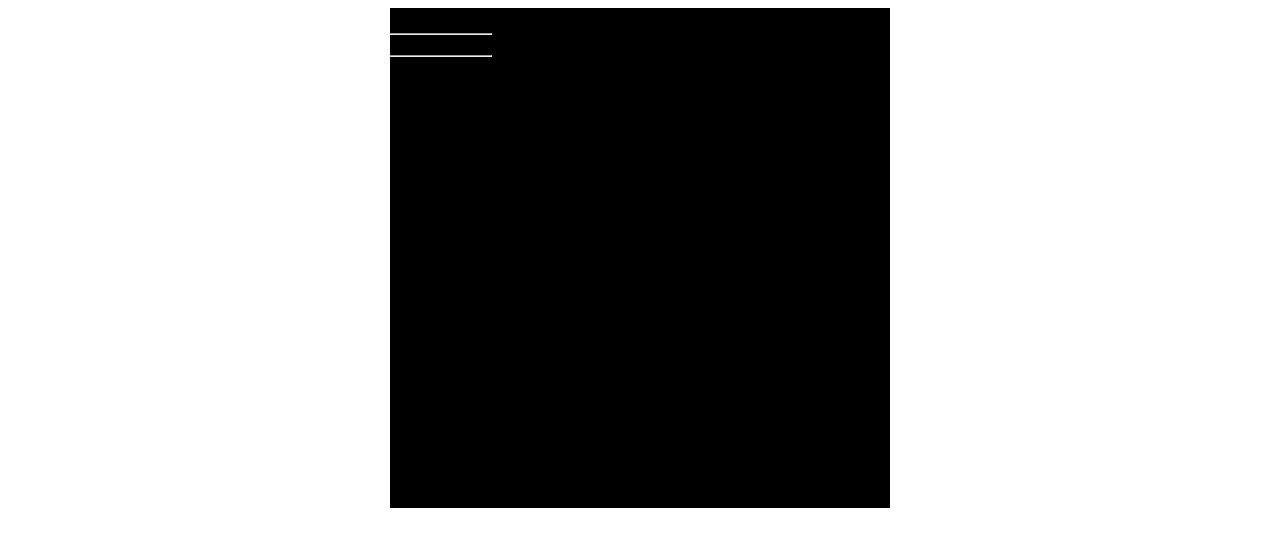
Repository: batonAnton/Hw-Lec10-animation
Page: index.html
These files come from the project's save history. The page is drawn as it stood at one moment and after the next save; the edit follows.
The browser window is 1280 px wide. The pictures show the whole page.

Above is the page before, as saved 2022-07-15 13:01:55.

After the next save:
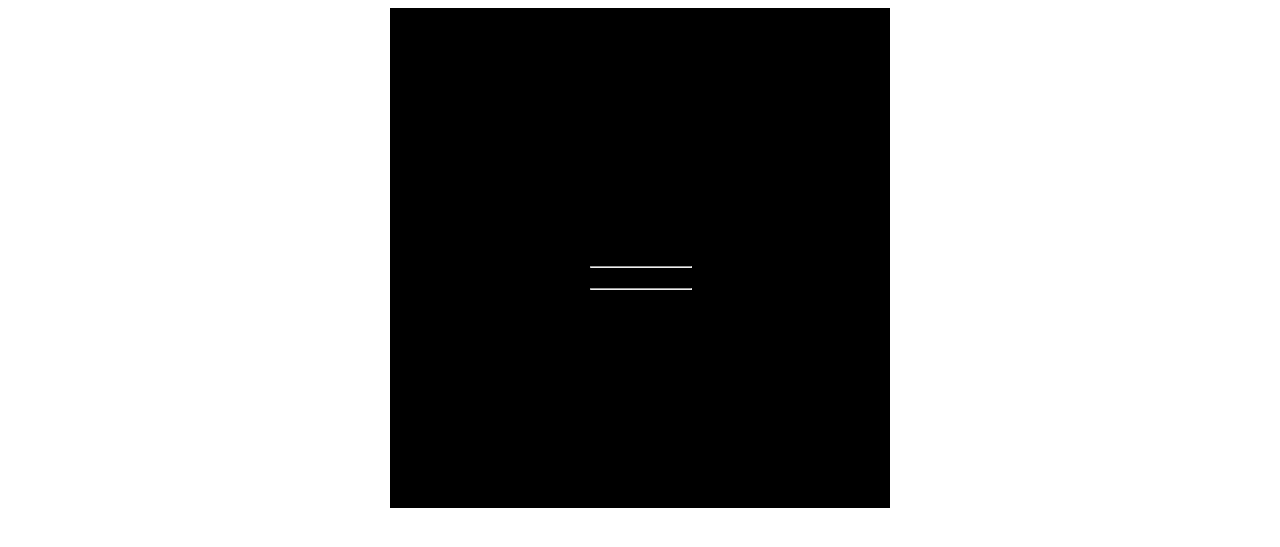
Saved 51 s later.
--- a/css/style.css
+++ b/css/style.css
@@ -6,23 +6,22 @@
     background-color: black;
     width: 500px;
     height: 500px;
+    display:flex;
+    justify-content: center;
 }
 
 .cross-line{
-    width: 50px;
-    height: 50px;
+    width: 100px;
+    height: 100px;
+    margin-top: 50%;
 }
 
 hr{
     background-color: #fff;
     width: 100px;
-    display: flex;
-    justify-content: flex-end;
-    align-items: center;
 }
 
 .first-line{
-    margin-top: 50%;
     margin-bottom: 20px;
     animation-name: cross-line1;
     animation-duration: 1s;
@@ -35,8 +34,8 @@ hr{
     animation-iteration-count: infinite;
 }
 
-.block:hover{
-    animation-play-state:running;
+ .second-line:hover{
+    animation-play-state:pause;
     cursor: pointer;
 }
 
